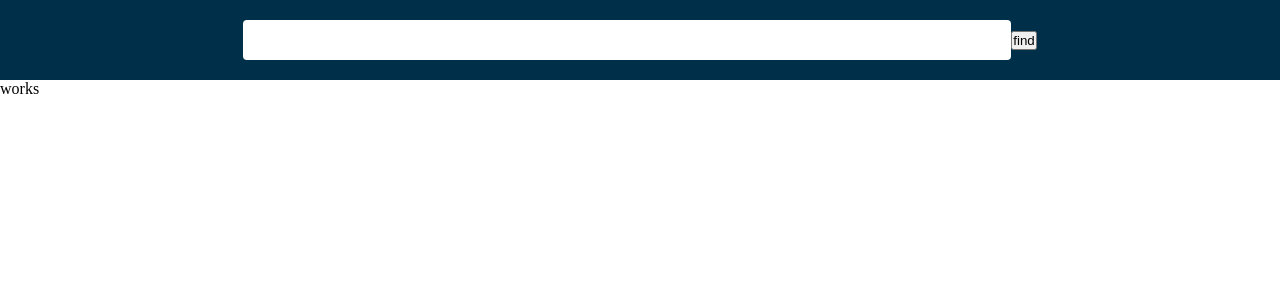
Repository: rutsguifd/uni
Page: / (app in filmhub-react/)
The author's editor kept a copy of each file at every save. The page is drawn from the files as they stood at one save, then again after the next save.
The browser window is 1280 px wide. The pictures show the whole page.
The project was rebuilt for these pictures with package versions that can differ from the ones it lists, and the page was loaded fresh each time.

Above is the page before, as saved 2022-04-13 01:17:43.

After the next save:
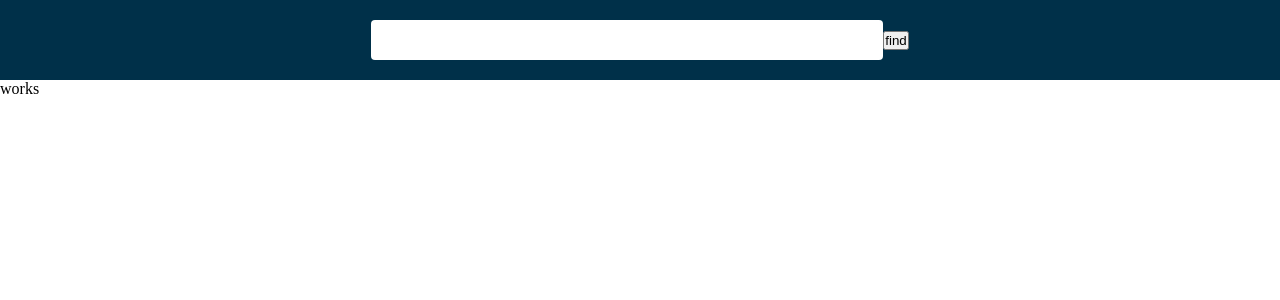
Saved 4 s later.
--- a/filmhub-react/src/components/UI/MyInput/MyInput.module.scss
+++ b/filmhub-react/src/components/UI/MyInput/MyInput.module.scss
@@ -1,6 +1,6 @@
 .input{
     height: 40px;
-    width: 60vw;
+    width: 40vw;
     border-radius: 4px;
     border: none;
     &:focus{
